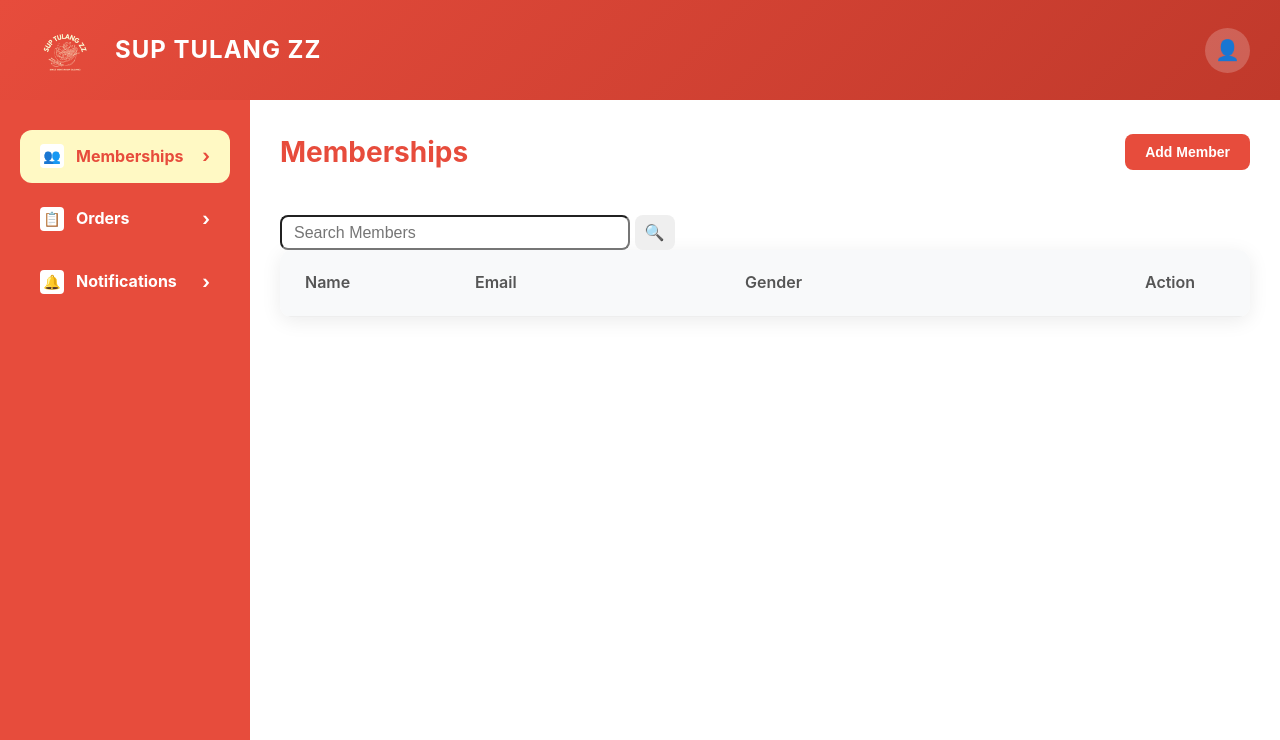
Repository: YIsheng2002/web-frontend
Page: view/Staff/dashboardStaff.html
The author's editor kept a copy of each file at every save. The page is drawn from the files as they stood at one save, then again after the next save.
The browser window is 1280 px wide. The pictures show the whole page.

Above is the page before, as saved 2025-06-29 14:20:53.
Console error: TypeError: Cannot set properties of null (setting 'textContent')

### view/Staff/dashboardStaff.html
<!DOCTYPE html>
<html lang="en">

<head>
    <meta charset="UTF-8">
    <meta name="viewport" content="width=device-width, initial-scale=1.0">
    <title>SUP TULANG ZZ</title>
    <link rel="stylesheet" href="../Staff/assets/css/main.css">
    <link rel="stylesheet" href="../../assets/css/main.css">
    <link rel="stylesheet" href="./assets/css/dashboardStaff.css">
    <link rel="stylesheet" href="./assets/css/notifications.css">


</head>

<body>
    <!-- Header -->
    <header class="header">
        <div class="logo-section">
            <img src="../../assets/images/logo.png" alt="Logo" class="logo">
            <h1 class="brand-name">SUP TULANG ZZ</h1>
        </div>

        <div class="user-menu">
            <div class="user-avatar" onclick="toggleDropdown()">
                👤
            </div>
            <div class="dropdown-menu" id="userDropdown">
                <a href="#" class="dropdown-item danger" onclick="logout()">
                    🚪 Logout
                </a>
            </div>
        </div>
    </header>

    <div class=" dashboard-container">
        <!-- Sidebar -->
        <div class="sidebar">
            <ul class="sidebar-menu">
                <li class="sidebar-item">
                    <a href="#" class="sidebar-link active" onclick="showMembership(event)">
                        <div class="sidebar-icon">👥</div>
                        <span class="sidebar-text">Memberships</span>
                        <span class="sidebar-arrow">›</span>
                    </a>
                </li>
                <li class="sidebar-item">
                    <a href="#" class="sidebar-link" onclick="showOrders(event)">
                        <div class="sidebar-icon">📋</div>
                        <span class="sidebar-text">Orders</span>
                        <span class="sidebar-arrow">›</span>
                    </a>
                </li>
                <li class="sidebar-item">
                    <a href="#" class="sidebar-link" onclick="showNotifications(event)">
                        <div class="sidebar-icon">🔔</div>
                        <span class="sidebar-text">Notifications</span>
                        <span class="sidebar-arrow">›</span>
                    </a>
                </li>
            </ul>
        </div>

        <!-- Main Content membership page -->
        <div class="main-content active" id="membership">
            <div class="membership-header">
                <h3>Memberships</h3>
                <button class="add-membership-btn" onclick="showAddMemberForm(event)">Add Member</button>
            </div>

            <div class="filter-search-function">
                <!--<div class="dropdown-filter">
                    <button onclick="selectFilters()" class="filter-btn">Filter</button>
                    <div id="filterDropdown" class="dropdown-content">
                        <a href="#" onclick="filterByStatus('olderst-member')">Olderst Member</a>
                        <a href="#" onclick="filterByStatus('newest-member')">Newest Member</a>
                        <a href="#" onclick="filterByStatus('highest-total-order')">Higest Orders</a>
                        <a href="#" onclick="filterByStatus('lowest-total-order')">Lowest Orders</a>
                    </div>
                </div>-->
                <div class="search-bar-members">
                    <input type="text" id="search-input" class="search-input" placeholder="Search Members"
                        onkeyup="searchMembership()">
                    <button class="search-btn" onclick="searchMembership()">🔍</button>
                </div>
            </div>

            <div class="members-container">
                <div class="members-header">
                    <div>Name</div>
                    <div>Email</div>
                    <div>Gender</div>
                    <div>Action</div>
                </div>
            </div>
        </div>
        <!-- Main Content add member form -->
        <div class="main-content" id="membershipform">
            <h3>Add Member</h3>
            <form id="addMemberForm">
                <!-- Member Type Dropdown-->
                 <div class ='form-group'>
                    <label for="memberType">Member Type:</label>
                    <select class="input-size" id="'memberType" name="memberType" required onchange="handleMemberTypeChange()">
                        <option value="">-- Select Member Type --</option>
                        <option value="staff">Staff</option>
                        <option value="runner">Runner</option>
                        <option value="customer">Customer</option>
                    </select>
                 </div>

                <div class="form-group">
                    <label for="memberName">Full Name:</label>
                    <input type="text" class="inputfield-fullname" id="memberName" name="memberName" required>
                </div>

                <div class="form-group">
                    <label for="memberEmail">Email:</label>
                    <input type="email" class="input-size" id="memberEmail" name="memberEmail" required>
                </div>

                <div class="form">
                    <div class="form-group">
                        <label for="password">Password:</label>
                        <input type="password" class="input-size" id="password" name="password" required>
                    </div>
                    <div class="form-group">
                        <label for="memberphonenumber">Phone Number:</label>
                        <input type="phone number" class="input-size" id="memberphonenumber" name="memberphonenumber"
                            required>
                    </div>
                </div>

                <!-- Runner Type (hidden by default)-->
                 <div class="form-group" id="runnerTypeGroup" style="display: none;">
                    <label for="runnerType">Runner Type:</label>
                    <select class="input-size" id="runnerType" name="runnerType">
                        <option value="">-- Select Runner Type --</option>
                        <option value="Grab">Grab</option>
                        <option value="FoodPanda">Food Panda</option>
                    </select>
                 </div>

                <button type="submit" class="add-membershipform-btn">Add Member</button>
            </form>
        </div>

        <!-- Main Content edit member form -->
        <div class="main-content" id="editMembershipform">
            <h3>Edit Member</h3>
            <form id="editMemberForm">
                <div class="form-group">
                    <label for="memberName">Full Name:</label>
                    <input type="text" class="inputfield-fullname" id="editMemberName" name="memberName"
                        value="Michelle" required>
                </div>

                <div class="form-group">
                    <label for="memberEmail">Email:</label>
                    <input type="email" class="input-size" id="editMemberEmail" name="memberEmail"
                        value="michelle@example.com" required>
                </div>

                <div class="form">
                    <div class="form-group">
                        <label for="password">Password:</label>
                        <input type="password" class="input-size" id="editPassword" name="password" value="Testing123"
                            required>
                    </div>
                    <div class="form-group">
                        <label for="memberphonenumber">Phone Number:</label>
                        <input type="phone number" class="input-size" id="editMemberphonenumber" value="016-1234567"
                            name="memberphonenumber" required>
                    </div>
                </div>
                <button type="submit" class="edit-membershipform-btn" onclick="editMember()">Edit Member</button>
                <button type="reset" class="cancel-edit-btn">Cancel</button>
            </form>
        </div>

        <!-- Main orders page -->
        <div class="main-content" id="orders">
            <h3>Orders</h3>
            <!-- Navigation Tabs -->
            <div class="nav-tabs">
                <button class="nav-tab active" onclick="showOrderTab('new-orders',event)">New Orders</button>
                <button class="nav-tab" onclick="showOrderTab('current-orders',event)">Current Orders</button>
                <button class="nav-tab" onclick="showOrderTab('completed-orders',event)">Completed Orders</button>
            </div>

            <!-- New Orders -->
            <div id="new-orders" class="page active">
                <div class="orders-container">
                    <div class="orders-header">
                        <div>Order Id</div>
                        <div>Customer</div>
                        <div>Address</div>
                        <div>Action</div>
                    </div>
                </div>
            </div>

            <!-- Current Orders Page -->
            <div id="current-orders" class="page">
                <h2 class="page-title">Current Orders</h2>

                <div class="orders-container">
                    <div class="orders-header">
                        <div>Order&nbsp;Id</div>
                        <div>Customer</div>
                        <div>Address</div>
                        <div>Action</div>
                    </div>

                    <!-- Row 1 -->
                    <div class="order-row highlighted">
                        <div class="order-id">Order#22007</div>
                        <div class="customer-name">Nurul Aisyah</div>
                        <div class="customer-address">77, Jalan Kenanga, Taman Melawati, 75250 Melaka</div>
                        <div class="assign-runner">
                            <select onchange="assignRunner(this.value, '22007')" class="runner-dropdown">
                                <option selected disabled>Assign Runner</option>
                                <option value="Runner1">Grab</option>
                                <option value="Runner2">Food Panda</option>
                            </select>
                        </div>
                    </div>

                    <!-- Row 2 -->
                    <div class="order-row">
                        <div class="order-id">Order#22008</div>
                        <div class="customer-name">Lim Guan&nbsp;Yi</div>
                        <div class="customer-address">56, Jalan Tun Fatimah, Taman Sri Melaka, 75400 Melaka</div>
                        <div class="assign-runner">
                            <select onchange="assignRunner(this.value, '22008')" class="runner-dropdown">
                                <option selected disabled>Assign Runner</option>
                                <option value="Runner1">Grab</option>
                                <option value="Runner2">Food Panda</option>
                            </select>
                        </div>
                    </div>

                    <!-- Row 3 -->
                    <div class="order-row highlighted">
                        <div class="order-id">Order#22009</div>
                        <div class="customer-name">Maria Gonzales</div>
                        <div class="customer-address">101, Jalan Tun Razak, Taman Maju, 75350 Melaka</div>
                        <div class="assign-runner">
                            <select onchange="assignRunner(this.value, '22009')" class="runner-dropdown">
                                <option selected disabled>Assign Runner</option>
                                <option value="Runner1">Grab</option>
                                <option value="Runner2">Food Panda</option>
                            </select>
                        </div>
                    </div>

                    <!-- Row 4 -->
                    <div class="order-row">
                        <div class="order-id">Order#22010</div>
                        <div class="customer-name">Jason Lee</div>
                        <div class="customer-address">9, Jalan Bunga Raya, Taman Damai, 75460 Melaka</div>
                        <div class="assign-runner">
                            <select onchange="assignRunner(this.value, '22010')" class="runner-dropdown">
                                <option selected disabled>Assign Runner</option>
                                <option value="Runner1">Grab</option>
                                <option value="Runner2">Food Panda</option>
                            </select>
                        </div>
                    </div>

                    <!-- Row 5 -->
                    <div class="order-row highlighted">
                        <div class="order-id">Order#22011</div>
                        <div class="customer-name">Putri Zulaikha</div>
                        <div class="customer-address">42, Jalan Permata, Taman Indah, 75240 Melaka</div>
                        <div class="assign-runner">
                            <select onchange="assignRunner(this.value, '22011')" class="runner-dropdown">
                                <option selected disabled>Assign Runner</option>
                                <option value="Runner1">Grab</option>
                                <option value="Runner2">Food Panda</option>
                            </select>
                        </div>
                    </div>

                    <!-- Row 6 -->
                    <div class="order-row">
                        <div class="order-id">Order#22012</div>
                        <div class="customer-name">Ravi Kumar</div>
                        <div class="customer-address">23, Jalan Seri Cemerlang, Taman Damai Mewah, 75310 Melaka</div>
                        <div class="assign-runner">
                            <select onchange="assignRunner(this.value, '22012')" class="runner-dropdown">
                                <option selected disabled>Assign Runner</option>
                                <option value="Runner1">Grab</option>
                                <option value="Runner2">Food Panda</option>
                            </select>
                        </div>
                    </div>
                </div>
            </div>

            <!-- Completed Orders Page -->
            <div id="completed-orders" class="page">
                <h2 class="page-title">Completed Orders</h2>


                <div class="orders-container">
                    <div class="orders-header">
                        <div>Order Id</div>
                        <div>Customer</div>
                        <div>Completed At</div>
                        <div>Status</div>
                    </div>

                    <div class="order-row">
                        <div class="order-id">Order#21345</div>
                        <div class="customer-name">Michelle</div>
                        <div class="customer-address">100, Jalan Bandar, Taman Bahagia, 50000 Durian Tunggal</div>
                        <div class="status-tag status-waiting" style="background: #96ff96; color: #214b17;">
                            Completed</div>
                    </div>

                    <div class="order-row highlighted">
                        <div class="order-id">Order#21346</div>
                        <div class="customer-name">Marvin McKinney</div>
                        <div class="customer-address">100, Jalan Bandar, Taman Bahagia, 50000 Durian Tunggal</div>
                        <div class="status-tag status-waiting" style="background: #96ff96; color: #214b17;">
                            Completed</div>
                    </div>
                </div>
            </div>
        </div>
        <div id="notifications" class="main-content">
            <div class="notifications-container">
                <div class="notifications-header">
                    <div class="notifications-title">
                        <i class="fas fa-bell"></i>
                        Delivery Notifications
                    </div>
                    <button class="mark-all-read" onclick="markAllAsRead()">
                        <i class="fas fa-check-double"></i> Mark All Read
                    </button>
                </div>

                <div class="filter-tabs">
                    <button class="filter-tab active" onclick="filterNotifications('all')">All</button>
                    <button class="filter-tab" onclick="filterNotifications('unread')">Unread</button>
                    <button class="filter-tab" onclick="filterNotifications('preparing')">Preparing</button>
                    <button class="filter-tab" onclick="filterNotifications('ready')">Ready</button>
                    <button class="filter-tab" onclick="filterNotifications('delivered')">Delivered</button>
                </div>

                <div class="notifications-list" id="notifications-list">
                    <!-- Notifications will be loaded here -->
                </div>
            </div>
        </div>


        <script src="./assets/javascript/dashboardStaff.js"></script>
        <script src="./assets/js/notifications.js"></script>
</body>

</html>

### view/Staff/assets/css/main.css
* {
    margin: 0;
    padding: 0;
    box-sizing: border-box;
}

body {
    font-family: -apple-system, BlinkMacSystemFont, 'Segoe UI', Roboto, sans-serif;
    line-height: 1.6;
    color: #333;
    background-color: #f5f5f5;
}

.btn-primary {
    background: linear-gradient(135deg, #667eea 0%, #764ba2 100%);
    color: white;
    border: none;
    padding: 12px 24px;
    border-radius: 8px;
    font-size: 16px;
    font-weight: 600;
    cursor: pointer;
    transition: all 0.3s ease;
    width: 100%;
}

.btn-primary:hover {
    transform: translateY(-2px);
    box-shadow: 0 8px 25px rgba(102, 126, 234, 0.3);
}

.btn-primary:active {
    transform: translateY(0);
}

### assets/css/main.css
:root{
    --primary-color: #DE4345;
    --secondary-color: #F8FAD4;
    --white-color: #FFFFFF;
    --header-font-color: #212121;
    --header6-font-color: #424242;
    --light-red: #FF7877;
}

* {
    margin: 0;
    padding: 0;
    box-sizing: border-box;
}

body {
    font-family: -apple-system, BlinkMacSystemFont, 'Segoe UI', Roboto, sans-serif;
    line-height: 1.6;
    color: var(--header6-font-color);
    background-color: #f5f5f5;
}

.btn-primary {
    background: linear-gradient(135deg, var(--primary-color) 0%, var(--light-red) 100%);
    color: white;
    border: none;
    padding: 12px 24px;
    border-radius: 8px;
    font-size: 16px;
    font-weight: 600;
    cursor: pointer;
    transition: all 0.3s ease;
    width: 100%;
}

.btn-primary:hover {
    transform: translateY(-5px);
    box-shadow: 0 8px 25px rgba(253, 114, 92, 0.22);
}

.btn-primary:active {
    transform: translateY(0);
}

/* Header Styles */
.header {
    background: linear-gradient(135deg, #e74c3c, #c0392b);
    color: white;
    padding: 15px 30px;
    display: flex;
    justify-content: space-between;
    align-items: center;
    box-shadow: 0 2px 10px rgba(0,0,0,0.1);
}

.logo-section {
    display: flex;
    align-items: center;
    gap: 15px;
}

.logo {
    width: 70px;
    height: 70px;
    display: flex;
    align-items: center;
    justify-content: center;
    font-weight: bold;
    font-size: 18px;
}

.brand-name {
    font-size: 28px;
    font-weight: bold;
    letter-spacing: 1px;
}

Loaded but not shown: view/Staff/assets/javascript/dashboardStaff.js (320 lines, source omitted); view/Staff/assets/js/notifications.js (246 lines, source omitted); view/Staff/assets/css/dashboardStaff.css (858 lines, source omitted); view/Staff/assets/css/notifications.css (306 lines, source omitted)

After the next save:
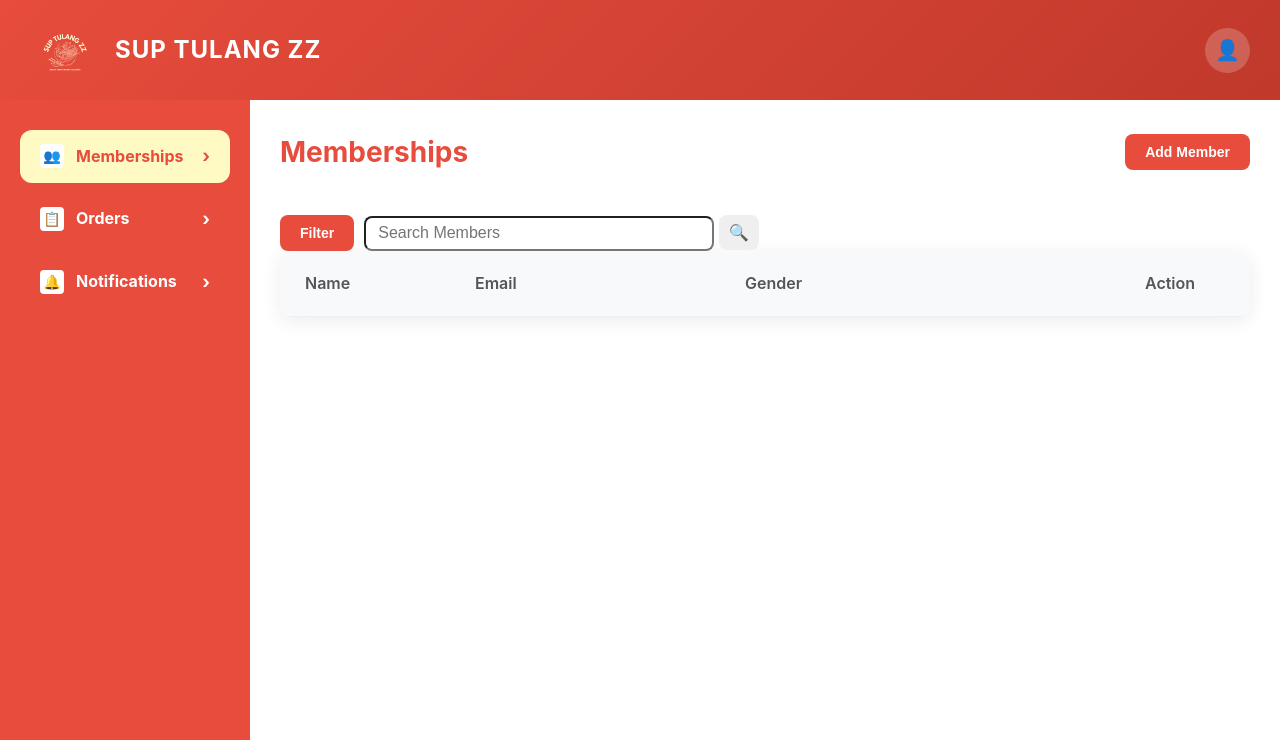
Saved 3 min 48 s later.
--- a/view/Staff/dashboardStaff.html
+++ b/view/Staff/dashboardStaff.html
@@ -69,7 +69,7 @@
             </div>
 
             <div class="filter-search-function">
-                <!--<div class="dropdown-filter">
+                <div class="dropdown-filter">
                     <button onclick="selectFilters()" class="filter-btn">Filter</button>
                     <div id="filterDropdown" class="dropdown-content">
                         <a href="#" onclick="filterByStatus('olderst-member')">Olderst Member</a>
@@ -77,7 +77,7 @@
                         <a href="#" onclick="filterByStatus('highest-total-order')">Higest Orders</a>
                         <a href="#" onclick="filterByStatus('lowest-total-order')">Lowest Orders</a>
                     </div>
-                </div>-->
+                </div>
                 <div class="search-bar-members">
                     <input type="text" id="search-input" class="search-input" placeholder="Search Members"
                         onkeyup="searchMembership()">
